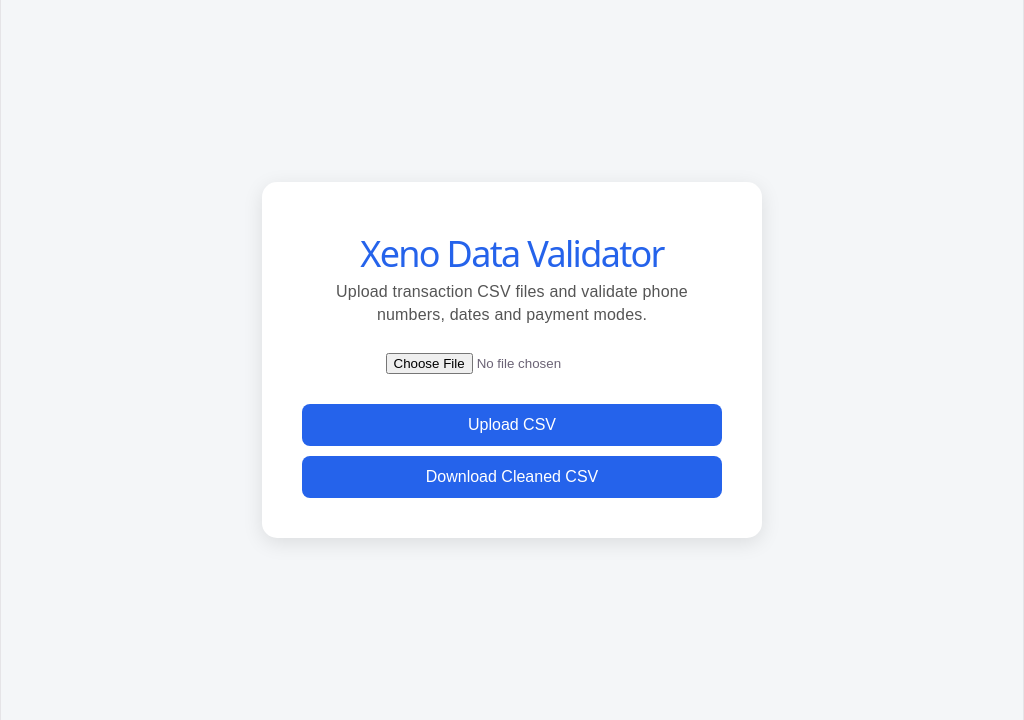
Repository: Aartigarg446/xeno-data-validator
Page: / (app in frontend/)
An editor plug-in stored every save of this project. The page is shown before and after the next save, followed by the edit.
The browser window is 1024 px wide. The pictures show the whole page.
The project was rebuilt for these pictures with package versions that can differ from the ones it lists, and the page was loaded fresh each time. Also part of the build but not shown: frontend/vite.config.js.

Above is the page before, as saved 2026-06-17 13:37:32.

After the next save:
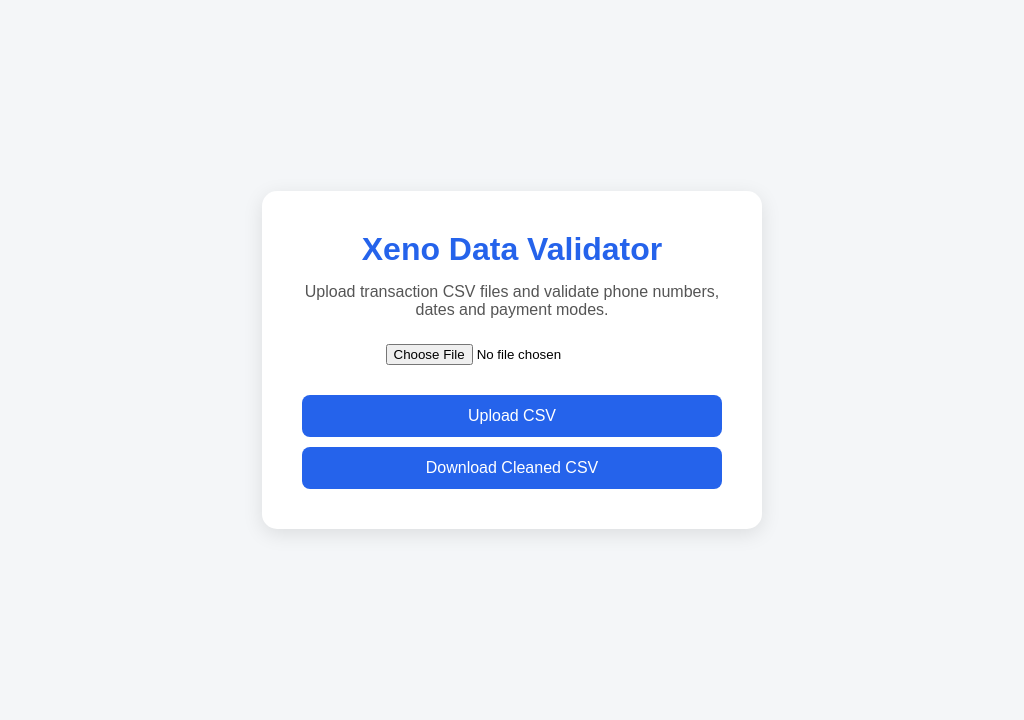
Saved 2 min 56 s later.
--- a/frontend/src/index.css
+++ b/frontend/src/index.css
@@ -1,111 +1,8 @@
-:root {
-  --text: #6b6375;
-  --text-h: #08060d;
-  --bg: #fff;
-  --border: #e5e4e7;
-  --code-bg: #f4f3ec;
-  --accent: #aa3bff;
-  --accent-bg: rgba(170, 59, 255, 0.1);
-  --accent-border: rgba(170, 59, 255, 0.5);
-  --social-bg: rgba(244, 243, 236, 0.5);
-  --shadow:
-    rgba(0, 0, 0, 0.1) 0 10px 15px -3px, rgba(0, 0, 0, 0.05) 0 4px 6px -2px;
-
-  --sans: system-ui, 'Segoe UI', Roboto, sans-serif;
-  --heading: system-ui, 'Segoe UI', Roboto, sans-serif;
-  --mono: ui-monospace, Consolas, monospace;
-
-  font: 18px/145% var(--sans);
-  letter-spacing: 0.18px;
-  color-scheme: light dark;
-  color: var(--text);
-  background: var(--bg);
-  font-synthesis: none;
-  text-rendering: optimizeLegibility;
-  -webkit-font-smoothing: antialiased;
-  -moz-osx-font-smoothing: grayscale;
-
-  @media (max-width: 1024px) {
-    font-size: 16px;
-  }
+html,
+body,
+#root {
+  width: 100%;
+  min-height: 100vh;
+  margin: 0;
+  padding: 0;
 }
-
-@media (prefers-color-scheme: dark) {
-  :root {
-    --text: #9ca3af;
-    --text-h: #f3f4f6;
-    --bg: #16171d;
-    --border: #2e303a;
-    --code-bg: #1f2028;
-    --accent: #c084fc;
-    --accent-bg: rgba(192, 132, 252, 0.15);
-    --accent-border: rgba(192, 132, 252, 0.5);
-    --social-bg: rgba(47, 48, 58, 0.5);
-    --shadow:
-      rgba(0, 0, 0, 0.4) 0 10px 15px -3px, rgba(0, 0, 0, 0.25) 0 4px 6px -2px;
-  }
-
-  #social .button-icon {
-    filter: invert(1) brightness(2);
-  }
-}
-
-body {
-  margin: 0;
-}
-
-#root {
-  width: 1126px;
-  max-width: 100%;
-  margin: 0 auto;
-  text-align: center;
-  border-inline: 1px solid var(--border);
-  min-height: 100svh;
-  display: flex;
-  flex-direction: column;
-  box-sizing: border-box;
-}
-
-h1,
-h2 {
-  font-family: var(--heading);
-  font-weight: 500;
-  color: var(--text-h);
-}
-
-h1 {
-  font-size: 56px;
-  letter-spacing: -1.68px;
-  margin: 32px 0;
-  @media (max-width: 1024px) {
-    font-size: 36px;
-    margin: 20px 0;
-  }
-}
-h2 {
-  font-size: 24px;
-  line-height: 118%;
-  letter-spacing: -0.24px;
-  margin: 0 0 8px;
-  @media (max-width: 1024px) {
-    font-size: 20px;
-  }
-}
-p {
-  margin: 0;
-}
-
-code,
-.counter {
-  font-family: var(--mono);
-  display: inline-flex;
-  border-radius: 4px;
-  color: var(--text-h);
-}
-
-code {
-  font-size: 15px;
-  line-height: 135%;
-  padding: 4px 8px;
-  background: var(--code-bg);
-}
